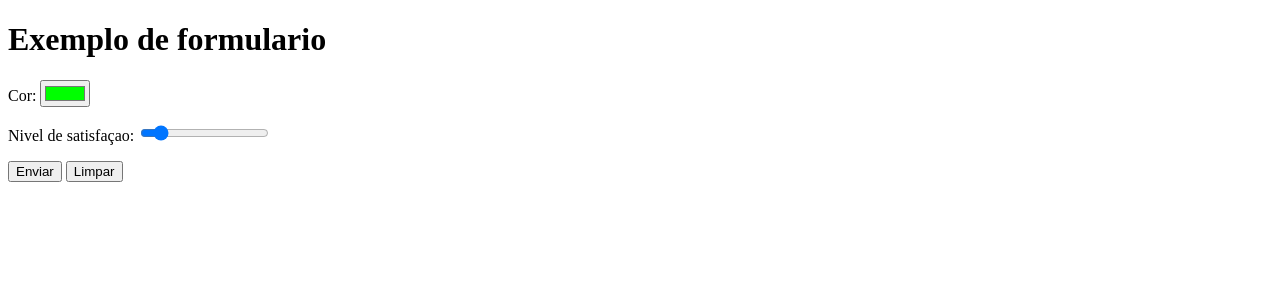
Repository: Lucianorodriguesdev/cursoHTML-CSS
Page: ex025/form006.html
These files come from the project's save history. The page is drawn as it stood at one moment and after the next save; the edit follows.
The browser window is 1280 px wide. The pictures show the whole page.

Above is the page before, as saved 2026-07-10 12:31:18.

### ex025/form006.html
<!DOCTYPE html>
<html lang="pt-br">
<head>
    <meta charset="UTF-8">
    <meta name="viewport" content="width=device-width, initial-scale=1.0">
    <title>Formulario</title>
</head>
<body>
    <h1>Exemplo de formulario</h1>
    <form action="formulario.php" method="get">
        <p>
            <label for="icor">Cor:</label>
            <input type="color" name="cor" id="icor" value="#00ff00">
        </p>
        <p>
            <label for="inivel">Nivel de satisfaçao:</label>
            <input type="range" name="nivel" id="inivel" min="1" max="10" value="2">
        </p>
        <p>
            <input type="submit" value="Enviar">
            <input type="reset" value="Limpar">
        </p>
    </form>
</body>
</html>

After the next save:
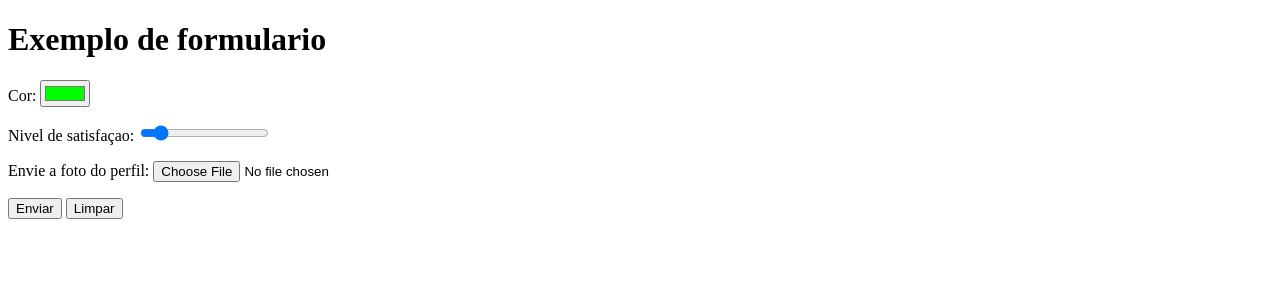
Saved 3 min 39 s later.
--- a/ex025/form006.html
+++ b/ex025/form006.html
@@ -12,10 +12,17 @@
             <label for="icor">Cor:</label>
             <input type="color" name="cor" id="icor" value="#00ff00">
         </p>
+
         <p>
             <label for="inivel">Nivel de satisfaçao:</label>
             <input type="range" name="nivel" id="inivel" min="1" max="10" value="2">
         </p>
+
+        <p>
+            <label for="ifoto">Envie a foto do perfil:</label>
+            <input type="file" name="foto" id="ifoto">
+        </p>
+
         <p>
             <input type="submit" value="Enviar">
             <input type="reset" value="Limpar">
